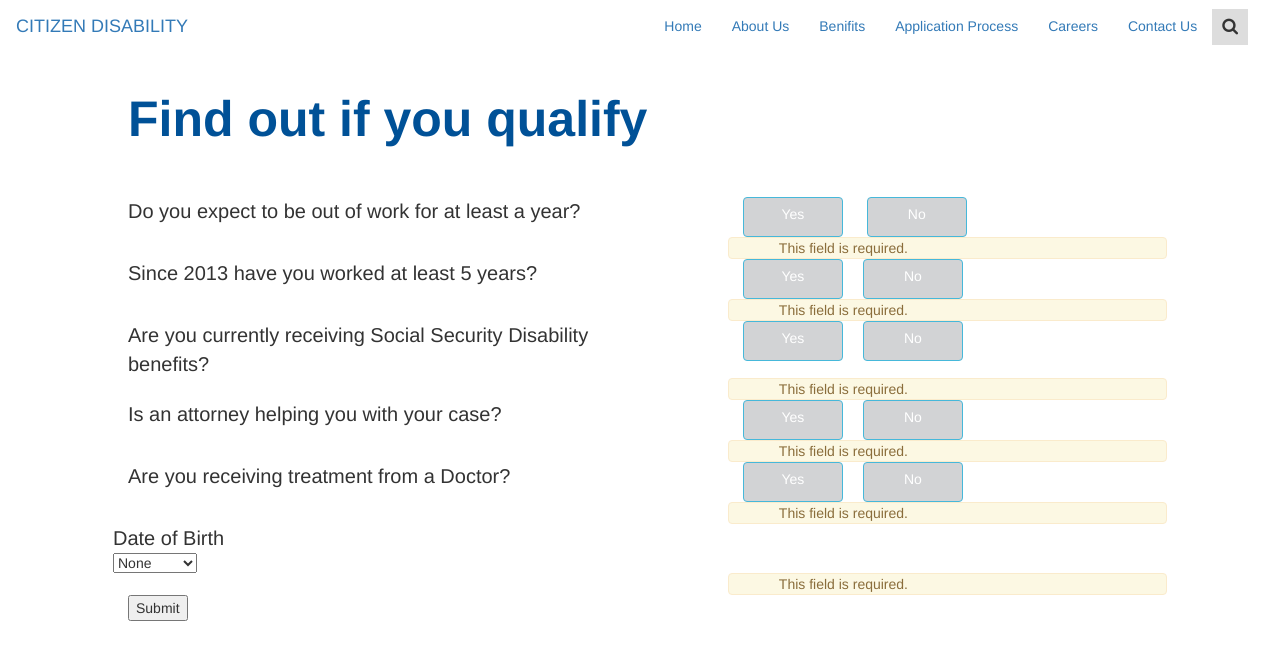
Repository: welcome0605/Embed-html-integrate-with-API
Page: Home.html
The author's editor kept a copy of each file at every save. The page is drawn from the files as they stood at one save, then again after the next save.
The browser window is 1280 px wide. The pictures show the whole page.

Above is the page before, as saved 2019-04-27 16:46:04.

After the next save:
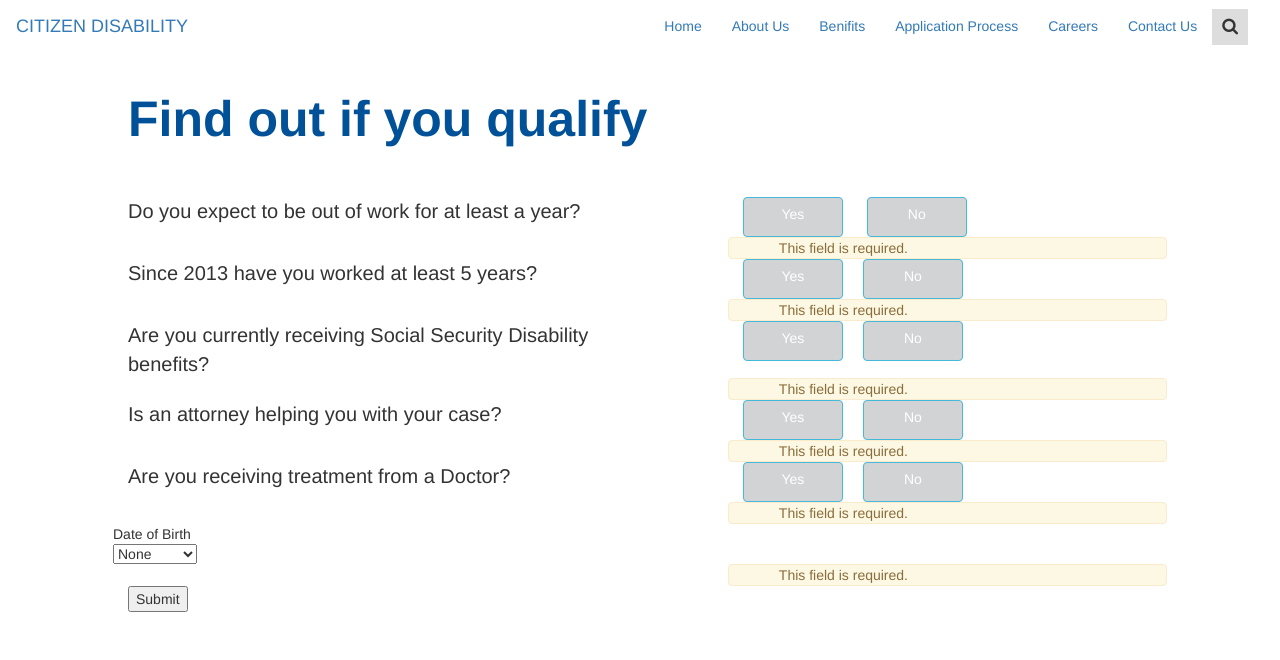
Saved 35 s later.
--- a/Home.html
+++ b/Home.html
@@ -119,7 +119,7 @@
         </div>
       </div>
       <div class="row">
-        <div class="row div_label">Date of Birth</div>
+        <div class="row">Date of Birth</div>
         <div class="row">
           <select required>
             <option value="">None</option>
